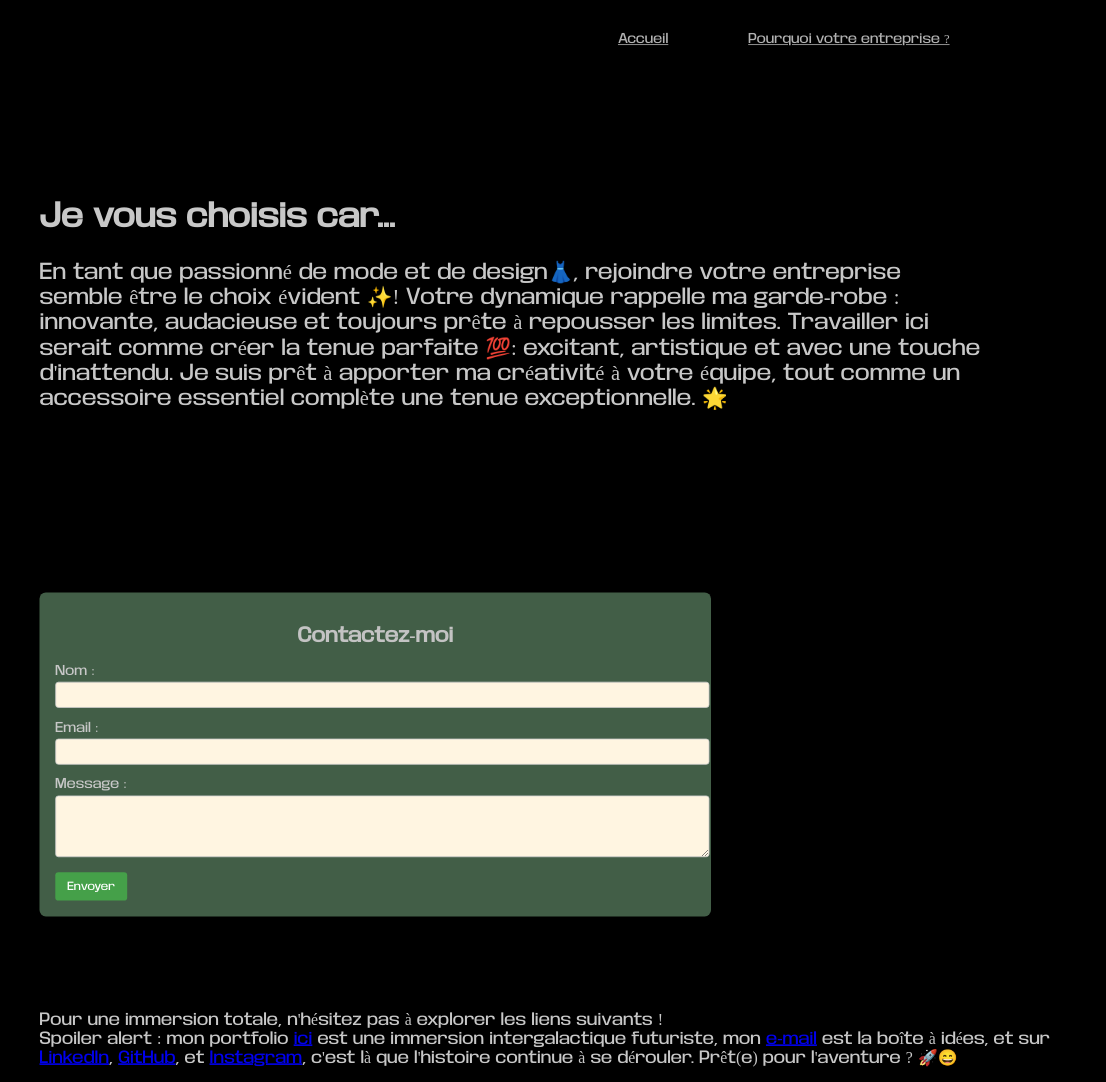
Repository: inessben/application
Page: about/about.html
An editor plug-in stored every save of this project. The page is shown before and after the next save, followed by the edit.
The browser window is 1280 px wide. The page is 1400 px wide, so the pictures cover 1400 px, including what lies to the right of the window. The pictures show the whole page, at 79% of full size.

Above is the page before, as saved 2023-12-03 23:54:00.

### about/about.html
<!DOCTYPE html>
<html lang="en">
<head>
    <meta charset="UTF-8">
    <meta name="viewport" content="width=device-width, initial-scale=1.0">
    <!-- generate the icon -->
    <link rel="apple-touch-icon" sizes="180x180" href="/favicon/apple-touch-icon.png">
    <link rel="icon" type="image/png" sizes="32x32" href="/favicon/favicon-32x32.png">
    <link rel="icon" type="image/png" sizes="16x16" href="/favicon/favicon-16x16.png">
    <link rel="manifest" href="/favicon/site.webmanifest">
    <link rel="mask-icon" href="/favicon/safari-pinned-tab.svg" color="#5bbad5">
    <meta name="msapplication-TileColor" content="#da532c">
    <!--  -->
    <meta name="theme-color" content="#ffffff">
    <title>#slowlyApplication</title>
    <link rel="stylesheet" href="about.css">
<script>
    document.addEventListener("DOMContentLoaded", function() {
        var formInputs = document.querySelectorAll("#contact-form input, #contact-form textarea")

        formInputs.forEach(function(input) {
            input.addEventListener("click", function() {
                alert("Bien joué ! Vous avez débloqué la quête secrète ! 🚀\n\nPour compléter cette mission, vous devez scroller encore un peu👇, pour trouver mes coordonnées. Les pigeons voyageurs fonctionnent aussi, mais c'est un peu rétro. 😉")
            })
        })
    })
</script>
</head>
<body>
    <section id="nav-header">
        <header class="nav-links">
            <a href="/index.html" class="link">Accueil</a>
            <a href="/company/company.html" class="link">Pourquoi votre entreprise ?</a>
        </header>
    </section>
    <section id="description">
        <h1>Je vous choisis car...</h1>
        <p> En tant que passionné de mode et de design👗, rejoindre votre entreprise semble être le choix évident ✨! Votre dynamique rappelle ma garde-robe : innovante, audacieuse et toujours prête à repousser les limites. Travailler ici serait comme créer la tenue parfaite 💯: excitant, artistique et avec une touche d'inattendu. Je suis prêt à apporter ma créativité à votre équipe, tout comme un accessoire essentiel complète une tenue exceptionnelle. 🌟 </p>
    </section>

    <section id="contact-form-container">
        <form id="contact-form">
        <h2>Contactez-moi</h2>

        <label for="name">Nom :</label>
        <input type="text" id="name" name="name" required>

        <label for="email">Email :</label>
        <input type="email" id="email" name="email" required>

        <label for="message">Message :</label>
        <textarea id="message" name="message" rows="4" required></textarea>

        <button type="submit">Envoyer</button>
        </form>
    </section>

    <footer>
        <p>Pour une immersion totale, n'hésitez pas à explorer les liens suivants !
            <br>Spoiler alert : mon portfolio <a href="https://iness-portfolio.vercel.app/">ici</a> est une immersion intergalactique futuriste, mon <a href="mailto:ine.benss@gmail.com">e-mail</a> est la boîte à idées, et sur <a href="https://www.linkedin.com/in/iness-benaissa/">LinkedIn</a>, <a href="lien-vers-ton-github">GitHub</a>, et <a href="lien-vers-ton-insta">Instagram</a>, c'est là que l'histoire continue à se dérouler. Prêt(e) pour l'aventure ? 🚀😄</p>
    </footer>

</body>
</html>

### about/about.css

@font-face {
    font-family: "Jolley";
    src: url("/fonts/jolley.woff");
    }

@font-face {
    font-family: "Base Neue";
    src: url("/fonts/base-neue.ttf");
    }

::-webkit-scrollbar {
    width: 8px;
    }

::-webkit-scrollbar-track {
    background-color: #000;
    }

::-webkit-scrollbar-thumb {
    background-color: #4b4b4b;
    border-radius: 4px;
    }

::-webkit-scrollbar-thumb:hover {
    opacity: 0.7;
    }

body {
    margin: 0;
    font-family: "Base Neue";
    background-color: #000000;
    color: #c8c8c8;
    padding: 0;
    }

#nav-header {
    position: absolute;
    top: 30px;
    right: 20px;
    font-size: 16px;
    font-weight: 500;
    padding: 10px;
    }

.link {
    padding: 8px;
    text-decoration: #b3b3b3 underline;
    color: #b3b3b3;
    margin: auto 40px;
    }

.link:hover {
    opacity: 0.7;
    }

#description{
    position: relative;
    top: 200px;
    font-size: 26px;
    margin: 50px;
    width: 1200px;
    color: #c8c8c8;
    }

#contact-form-container {
    position: absolute;
    margin: 50px;
    top: 700px;
    width: 850px;
    }

#contact-form {
    position: absolute;
    background-color: #425E47;
    padding: 20px;
    border-radius: 8px;
    box-shadow: 0 4px 8px rgba(0, 0, 0, 0.1);
    transition: transform 0.3s ease-in-out;
    }

#contact-form h2 {
    text-align: center;
    color: #c3c3c3;
    }

#contact-form label {
    margin-top: 10px;
    }

#contact-form input,
#contact-form textarea {
    width: 100%;
    padding: 8px;
    margin-top: 5px;
    margin-bottom: 15px;
    background-color: #FFF5E1;
    border: 1px solid #ccc;
    border-radius: 4px;
    }

#contact-form button {
    background-color: #45a049;
    font-family: "Base Neue";
    color: white;
    align-items: center;
    border: 1px #425E47;
    padding: 10px 15px;
    border-radius: 4px;
    cursor: pointer;
    transition: background-color 0.3s ease-in-out;
    }

#contact-form button:hover {
    background-color: #45a049;
    }

#contact-form-container:hover #contact-form {
    transform: rotate(5deg);
    }

footer
{
    position: absolute;
    bottom: -700px;
    font-size: 20px;
    width: 1350px;
    margin: 50px;
}

After the next save:
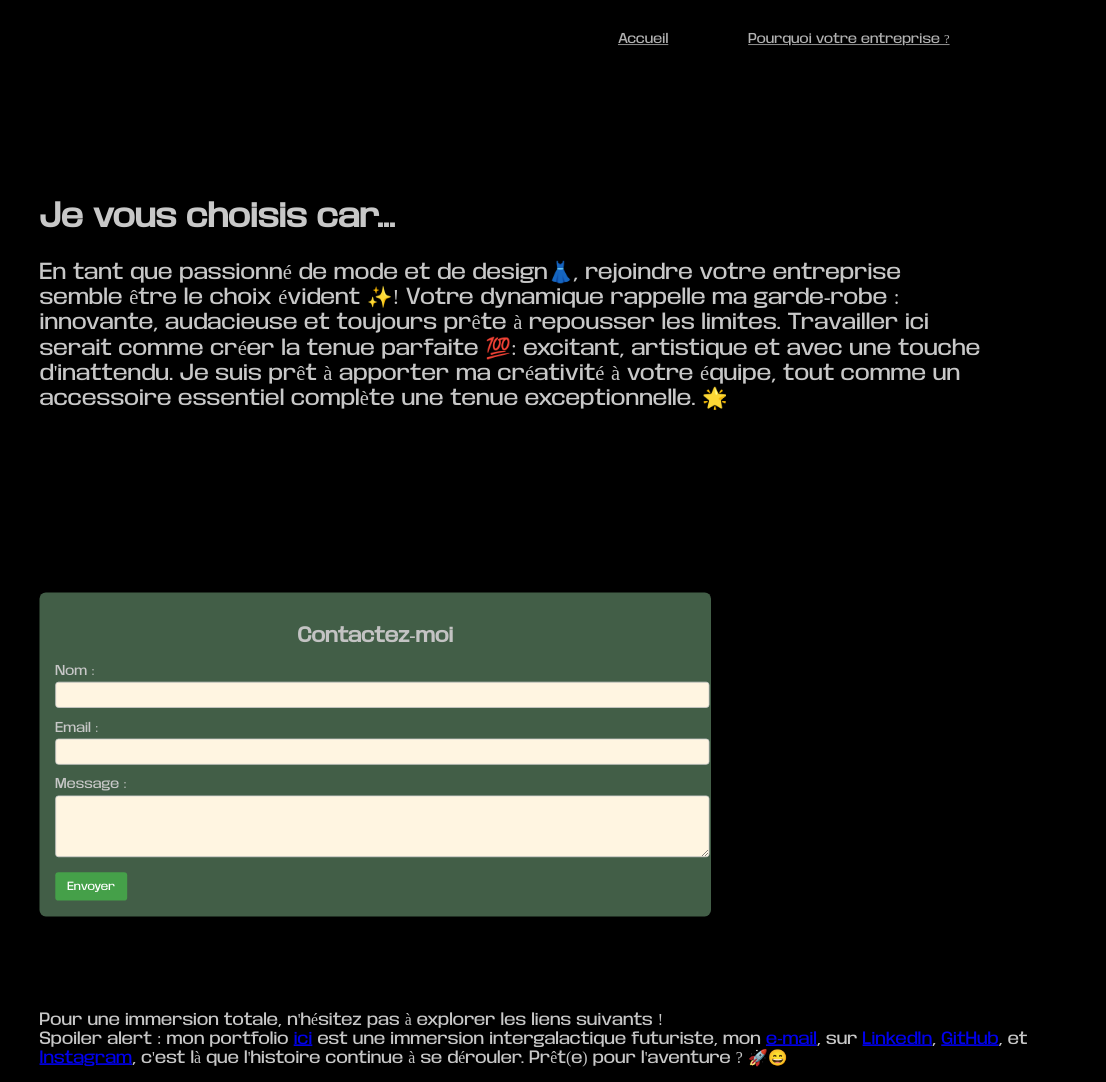
Saved 60 s later.
--- a/about/about.html
+++ b/about/about.html
@@ -57,7 +57,7 @@
 
     <footer>
         <p>Pour une immersion totale, n'hésitez pas à explorer les liens suivants !
-            <br>Spoiler alert : mon portfolio <a href="https://iness-portfolio.vercel.app/">ici</a> est une immersion intergalactique futuriste, mon <a href="mailto:ine.benss@gmail.com">e-mail</a> est la boîte à idées, et sur <a href="https://www.linkedin.com/in/iness-benaissa/">LinkedIn</a>, <a href="lien-vers-ton-github">GitHub</a>, et <a href="lien-vers-ton-insta">Instagram</a>, c'est là que l'histoire continue à se dérouler. Prêt(e) pour l'aventure ? 🚀😄</p>
+            <br>Spoiler alert : mon portfolio <a href="https://iness-portfolio.vercel.app/">ici</a> est une immersion intergalactique futuriste, mon <a href="mailto:ine.benss@gmail.com">e-mail</a>, sur <a href="https://www.linkedin.com/in/iness-benaissa/">LinkedIn</a>, <a href="lien-vers-ton-github">GitHub</a>, et <a href="lien-vers-ton-insta">Instagram</a>, c'est là que l'histoire continue à se dérouler. Prêt(e) pour l'aventure ? 🚀😄</p>
     </footer>
 
 </body>
